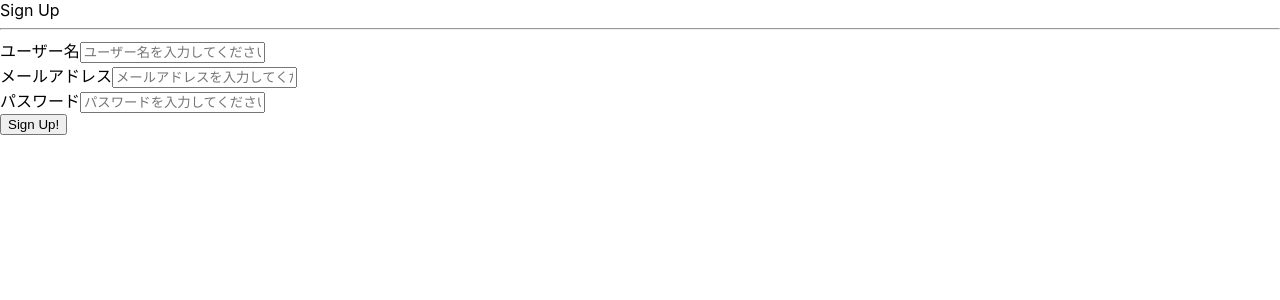
Repository: tosaken1116/Backs-of-seniors-hackathon
Page: /components/SignUpModal
The author's editor kept a copy of each file at every save. The page is drawn from the files as they stood at one save, then again after the next save.
The browser window is 1280 px wide. The pictures show the whole page.
The project was rebuilt for these pictures with package versions that can differ from the ones it lists, and the page was loaded fresh each time. The framework's server and built-in components were replaced by stand-ins that run in the browser. Also part of the build but not shown: next.config.js.

Above is the page before, as saved 2022-07-17 10:24:34.

After the next save:
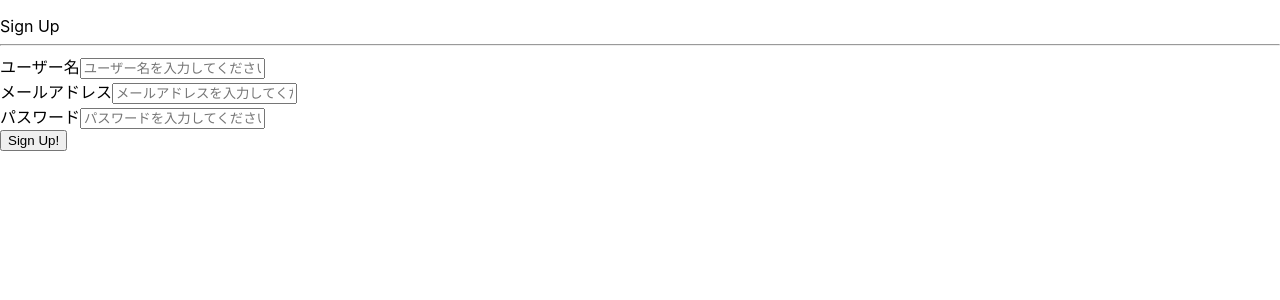
Saved 11 min 6 s later.
--- a/pages/components/SignUpModal.tsx
+++ b/pages/components/SignUpModal.tsx
@@ -55,59 +55,61 @@ export default function SignInModal() {
     };*/
 
     return (
-        <div>
-            <div className="flex-initial bg-red-400 text-center ">
-                <div>Sign Up</div>
+        <p class="text-center">
+            <div>
+                <div className="flex-initial bg-red-400 text-center ">
+                    <div>Sign Up</div>
+                </div>
+                <div className="formcontainer">
+                    <form onSubmit={(event) => handleSubmit(event)}>
+                        <hr />
+                        <div className="uiForm">
+                            <div className="formField flex-initial text-center">
+                                <label>ユーザー名</label>
+                                <input
+                                    type="text"
+                                    placeholder="ユーザー名を入力してください"
+                                    name="username"
+                                    required
+                                    onChange={(event) => handleChange(event)}
+                                />
+                                {/* <div>{formErrors.username}</div> */}
+                            </div>
+                            {/* <p className="errormsg">{formErrors.username}</p> */}
+                            <div className="formField flex-initial text-center">
+                                <label>メールアドレス</label>
+                                <input
+                                    type="text"
+                                    placeholder="メールアドレスを入力してください"
+                                    name="email"
+                                    required
+                                    onChange={(event) => handleChange(event)}
+                                />
+                                {/* <div>{formErrors.email}</div> */}
+                            </div>
+                            {/* <p className="errormsg">{formErrors.email}</p> */}
+                            <div className="formField flex-initial text-center">
+                                <label>パスワード</label>
+                                <input
+                                    type="password"
+                                    placeholder="パスワードを入力してください"
+                                    name="password"
+                                    required
+                                    onChange={(event) => handleChange(event)}
+                                />
+                            </div>
+                            {/* <div>{formErrors.password}</div> */}
+                            {/* <p className="errormsg">{formErrors.password}</p> */}
+                            <div className="m-3">
+                                <button className="px-2 py-1 bg-green-400 text-white font-semibold rounded hover:bg-green-500">
+                                    Sign Up!
+                                </button>
+                            </div>
+                            {/* {Object.keys isSubmit && ( <div>サインアップ完了</div>)}*/}
+                        </div>
+                    </form>
+                </div>
             </div>
-            <div className="formcontainer">
-                <form onSubmit={(event) => handleSubmit(event)}>
-                    <hr />
-                    <div className="uiForm">
-                        <div className="formField flex-initial text-center">
-                            <label>ユーザー名</label>
-                            <input
-                                type="text"
-                                placeholder="ユーザー名を入力してください"
-                                name="username"
-                                required
-                                onChange={(event) => handleChange(event)}
-                            />
-                            {/* <div>{formErrors.username}</div> */}
-                        </div>
-                        {/* <p className="errormsg">{formErrors.username}</p> */}
-                        <div className="formField flex-initial text-center">
-                            <label>メールアドレス</label>
-                            <input
-                                type="text"
-                                placeholder="メールアドレスを入力してください"
-                                name="email"
-                                required
-                                onChange={(event) => handleChange(event)}
-                            />
-                            {/* <div>{formErrors.email}</div> */}
-                        </div>
-                        {/* <p className="errormsg">{formErrors.email}</p> */}
-                        <div className="formField flex-initial text-center">
-                            <label>パスワード</label>
-                            <input
-                                type="password"
-                                placeholder="パスワードを入力してください"
-                                name="password"
-                                required
-                                onChange={(event) => handleChange(event)}
-                            />
-                        </div>
-                        {/* <div>{formErrors.password}</div> */}
-                        {/* <p className="errormsg">{formErrors.password}</p> */}
-                        <div className="m-3">
-                            <button className="px-2 py-1 bg-green-400 text-white font-semibold rounded hover:bg-green-500">
-                                Sign Up!
-                            </button>
-                        </div>
-                        {/* {Object.keys isSubmit && ( <div>サインアップ完了</div>)}*/}
-                    </div>
-                </form>
-            </div>
-        </div>
+        </p>
     );
 }
